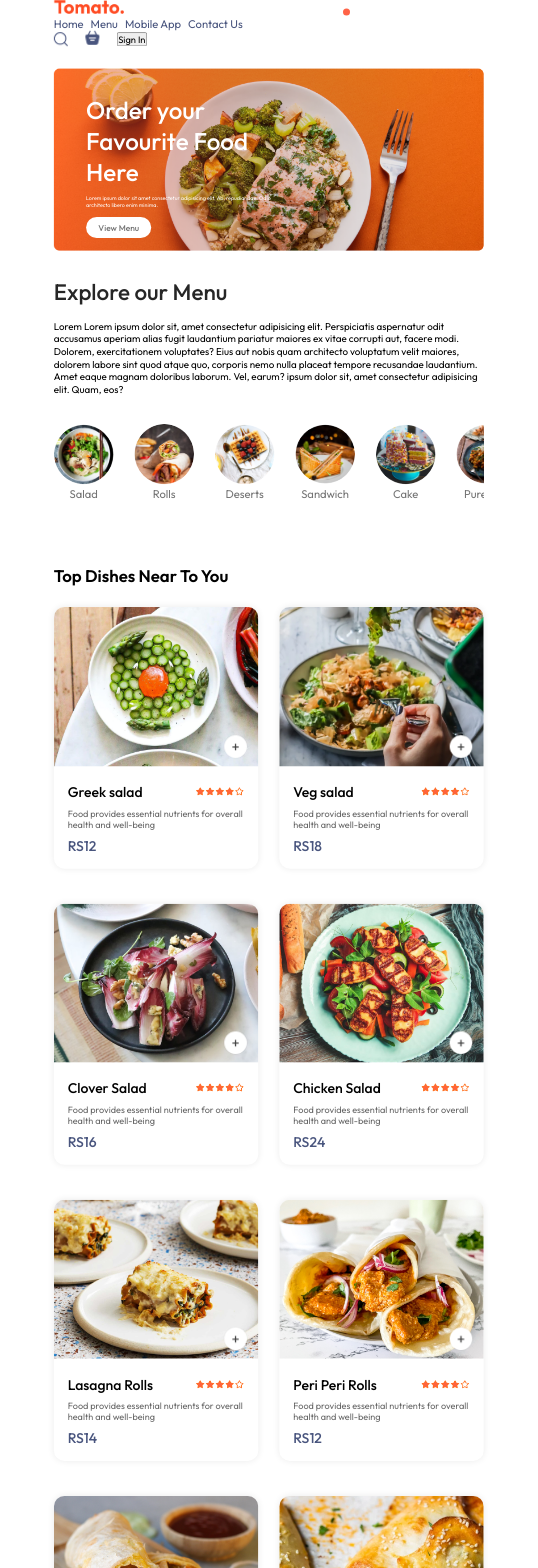
Repository: Attar786/Food-ordering-app
Page: / (app in frontend/)
These files come from the project's save history. The page is drawn as it stood at one moment and after the next save; the edit follows.
The browser window is 768 px wide. The pictures show the part of the page from y = 0 to 2240 px (the page is 8620 px tall before and 8626 px after), at 70% of full size.
The project was rebuilt for these pictures with package versions that can differ from the ones it lists, and the page was loaded fresh each time. Also part of the build but not shown: frontend/vite.config.js, frontend/src/pages/Cart/Cart.css, frontend/src/pages/Cart/Cart.jsx, frontend/src/pages/PlaceOrder/PlaceOrder.css, frontend/src/pages/PlaceOrder/PlaceOrder.jsx.

Above is the page before, as saved 2024-07-29 19:58:16.

### frontend/src/main.jsx
import ReactDOM from 'react-dom/client'
import App from './App.jsx'
import './index.css'
import {BrowserRouter} from 'react-router-dom'
import StoreContextProvider from './context/StoreContext.jsx'
ReactDOM.createRoot(document.getElementById('root')).render(
<BrowserRouter>

<StoreContextProvider>
<App />
</StoreContextProvider>

    </BrowserRouter>
)

### frontend/src/App.jsx
import './index.css'
import Navbar from "./components/Navbar/Navbar"
import Home from './pages/Home/Home'
import Cart from './pages/Cart/Cart'
import PlaceOrder from './pages/PlaceOrder/PlaceOrder'
import { Route, Routes } from 'react-router-dom'
import Footer from './components/Footer/Footer'


function App() {

  return (
    <>

  <div className='app'>
  <Navbar/>
<Routes>
<Route path='/' element={<Home/>}/>
<Route path='/cart' element={<Cart/>}/>
<Route path='/order' element={<PlaceOrder/>}/>

</Routes>
  </div>
  <Footer/>
    </>
  )
}

export default App

### frontend/src/index.css
@import url('https://fonts.googleapis.com/css2?family=Outfit:wght@100..900&display=swap');


*{
margin: 0;
padding: 0;
 box-sizing: border-box;
 font-family: outfit;
}
body{
height: 100vh;
}
a{
text-decoration: none;
color : inherit;
}
.app{
    width: 80%;
    margin: auto;
}
@keyframes fadeIn{
    0%{
        opacity: 0;
    }
    100%{
        opacity: 1;
    }
}

### frontend/src/context/StoreContext.jsx
import './StoreContext.css';
import { createContext, useEffect, useState } from 'react';
import { food_list } from '../assets/assets'; // Ensure this path is correct and food_list is correctly exported

export const StoreContext = createContext(null);

const StoreContextProvider = (props) => {
  const [cartItems, setCartItems] = useState({});

  const addToCart = (itemId) => {
    if (!cartItems[itemId]) {
      setCartItems((prev) => ({ ...prev, [itemId]: 1 }));
    } else {
      setCartItems((prev) => ({ ...prev, [itemId]: prev[itemId] + 1 }));
    }
  };

  const removeFromCart = (itemId) => {
    setCartItems((prev) => {
      const newCount = prev[itemId] - 1;
      if (newCount <= 0) {
        const { [itemId]: _, ...rest } = prev;
        return rest;
      } else {
        return { ...prev, [itemId]: newCount };
      }
    });
  };

  useEffect(() => {
    console.log(cartItems);
  }, [cartItems]);

  const contextValue = {
    food_list,
    cartItems,
    setCartItems,
    addToCart,
    removeFromCart,
  };

  return (
    <StoreContext.Provider value={contextValue}>
      {props.children}
    </StoreContext.Provider>
  );
};

export default StoreContextProvider;

### frontend/src/components/Navbar/Navbar.jsx
import { useState } from 'react';
import './Navbar.css';
import { assets } from '../../assets/assets';
import { Link } from 'react-router-dom'
const Navbar = () => {
  const [menu, setMenu] = useState("home");

  const handleMenuClick = (menuItem) => {
    setMenu(menuItem);
  };

  return (
    <div className="navbar">
      <img src={assets.logo} alt="Logo" className="logo" />
      <ul className="navbar-menu">
        <Link onClick={() => handleMenuClick("home")} className={menu === "home" ? "active" : ""}>Home</Link>
        <a href='#explore-menu' onClick={() => handleMenuClick("menu")} className={menu === "menu" ? "active" : ""}>Menu</a>
        <a href='#app-download' onClick={() => handleMenuClick("mobile-app")} className={menu === "mobile-app" ? "active" : ""}>Mobile App</a>
        <a href='#footer' onClick={() => handleMenuClick("contact-us")} className={menu === "contact-us" ? "active" : ""}>Contact Us</a>
      </ul>
      <div className="navbar-right">
        <img src={assets.search_icon} alt="search-icon" />
        <div>
          <img src={assets.basket_icon} alt="icons" />
          <div className="dot"></div>
        </div>
        <button>Sign In</button>
      </div>
    </div>
  );
}

export default Navbar;

### frontend/src/pages/Home/Home.jsx
import {useState} from 'react'
import Header from '../../components/Header/Header'
import ExploreMenu from '../../components/ExploreMenu/ExploreMenu'
import './Home.css'
import FoodDisplay from '../../components/FoodDisplay/FoodDisplay'
import AppDownload from '../../components/AppDownload/AppDownload'

const Home = () => {
    const [category , setCategory ] = useState('All')
  return (
    <>
<Header/>
<ExploreMenu category={category} setCategory={setCategory}/>
<FoodDisplay category={category} />
<AppDownload/>

</>
)
}

export default Home

### frontend/src/components/Footer/Footer.jsx
import "./Footer.css"
import { assets } from "../../assets/assets"
const Footer = () => {
  return (
    <div className="footer" id="footer">
<div className="footer-content">
    <div className="footer-content-left">
        <img src={assets.logo} alt="fsf" />
    <p>  Lorem ipsum dolor icta fugit magnam temporibus aperiam autem sit optio blanditiis similique distinctio minima quia commodi consequuntur. Lorem ipsum dolor sit consectetur adipisicing elit. Iste, ex.</p>
    <div className="footer-social-icons">
        <img src={assets.facebook_icon} alt="" />
        <img src={assets.twitter_icon} alt="" />
        <img src={assets.linkedin_icon} alt="" />
    </div>

    </div>
    <div className="footer-content-center">
    <h1>Company</h1>
        <ul>
        <li>Home</li>
        <li>AboutUs</li>
        <li>Delivery</li>
        <li>Privacy Policy</li>
        </ul>
    </div>
    <div className="footer-content-right">
        <h2>Get In Touch</h2>
        <ul>
            <li>
                +923333333333
            </li>
            <li>
                contact@gmail.com
            </li>
        </ul>
    </div>
</div>
<hr/>
<p className="footer-copyright">
copyright 2024 All right restricted
</p>

    </div>
  )
}

export default Footer

### frontend/src/components/Navbar/Navbar.css
.Navbar{
    padding: 20px 0;
    display: flex;
    justify-content: space-between;
    align-items: center;
}
.Navbar .logo{
    width: 150px;
}
.navbar-menu{
    display: flex;
    list-style: none;
    gap: 20px;
    font: 18px;
    color: #49557e;
    cursor: pointer;
}
.navbar-right{
    display: flex;
    align-items: center;
    gap: 25px;

}
.Navbar button{
    font-size: 15px;
    border: 1px solid #49557e;
    background: transparent;
    padding: 10px 25px;
    cursor: pointer;
    border-radius: 40px;
    transition: 0.3s;
}
.Navbar button:hover{
    background-color: #fff4f2;
}
.Navbar .navbar-menu .active{
    padding-bottom: 2px;
    border-bottom: 2px solid #49557e;

}
.search-icon{
    position: relative;
}
/* .search-icon .dot{ */
    /* position: absolute;
    top: -5px;
    right: -5px;
    width: 10px;
    height: 10px;
    background-color: blue;
    border-radius: 50%;
} */
.dot {
    position: absolute;
    top: 12px; /* Adjust as needed */
    right: 268px; /* Adjust as needed */
    width: 10px;
    height: 10px;
    background-color: tomato;
    border-radius: 50%;}
    @media (max-width: 1050px)
    {
        .Navbar .logo{
            width: 140px;
        }
        .Navbar-menu{
            gap: 20px;
            font-size: 17px;
        }
        .Nav-right {
            gap: 30px;
        };
        .Navbar-right img{
            width: 22px;
        }
        .Navbar-right button{
            padding: 8px 25px;
        };

    }

    @media (max-width: 900px)
    {
        .navbar .logo{
            width: 100px;
        }
        .navbar-menu{
            gap: 10px;
            font-size: 16px;
        }
        .Nav-right {
            gap: 20px;
        }
        .navbar-right img{
            width: 20px;
        }
        .Navbar-right button{
            padding: 7px 15px;
            font-size: 10px;
        }
    }

    @media (max-width: 750px)
    {

        .navbar-menu{
            display: none;;
        }
    }

### frontend/src/components/Header/Header.jsx
import "./Header.css";
const Header = () => {
  return (
    <div className="header">
      <div className="header-contents">
        <h2>Order your Favourite Food Here</h2>
        <p>
          Lorem ipsum dolor sit amet consectetur adipisicing elit. Ab,
          repudiandae. Odio architecto libero enim minima.
        </p>
        <button>View Menu</button>
      </div>
    </div>
  );
};

export default Header;

### frontend/src/components/ExploreMenu/ExploreMenu.jsx
import './ExploreMenu.css'
import { menu_list } from '../../assets/assets';
import PropTypes from 'prop-types'
const ExploreMenu = ({ category, setCategory }) => {
  return (
    <div className='explore-menu' id='explore-menu'>
      <h1 className='explore-menu-title'>Explore our Menu</h1>
      <p className='explore-menu-text'>Lorem Lorem ipsum dolor sit, amet consectetur adipisicing elit. Perspiciatis aspernatur odit accusamus aperiam alias fugit laudantium pariatur maiores ex vitae corrupti aut, facere modi. Dolorem, exercitationem voluptates? Eius aut nobis quam architecto voluptatum velit maiores, dolorem labore sint quod atque quo, corporis nemo nulla placeat tempore recusandae laudantium. Amet eaque magnam doloribus laborum. Vel, earum? ipsum dolor sit, amet consectetur adipisicing elit. Quam, eos?</p>
      <div className='explore-menu-list'>
        {menu_list.map((item, index) => {
          return (
            <div onClick={() => setCategory(prev => prev === item.menu_name ? "All" : item.menu_name)} key={index} className='explore-menu-list-item'>
              <img className={category === item.menu_name ? "active" : ""} src={item.menu_image} alt="" />
              <p>{item.menu_name}</p>
            </div>
          )
        })}
      </div>
      <hr />
    </div>
  )
}
    ExploreMenu.propTypes = {
    category: PropTypes.string.isRequired,
    setCategory: PropTypes.func.isRequired,
  };

export default ExploreMenu;

### frontend/src/components/FoodDisplay/FoodDisplay.jsx
import { useContext } from 'react';
import './FoodDisplay.css';
import { StoreContext } from '../../context/StoreContext';
import FoodItem from '../FoodItem/FoodItem';

const FoodDisplay = ({ category }) => {
  const { food_list = [] } = useContext(StoreContext); // Provide a default value

  if (!food_list.length) {
    return <div>Loading...</div>; // Handle loading state or error
  }

  return (
    <div className='food-display' id='food-display'>
      <h2>Top Dishes Near To You</h2>
      <div className='food-display-list'>
        {food_list
          .filter(item => category === "All" || category === item.category)
          .map((item, index) => (
            <FoodItem
              key={index}
              id={item._id}
              name={item.name}
              description={item.description}
              price={item.price}
              image={item.image}
            />
          ))}
      </div>
    </div>
  );
};

export default FoodDisplay;

### frontend/src/components/AppDownload/AppDownload.jsx
import { assets } from "../../assets/assets"
import "./AppDownload.css"
const AppDownload = () => {
  return (
    <div className="app-download" id="app-download">
      <p>Fore Better Experience<br />Download our app</p>
    <div className="app-download-platforms">
        <img src={assets.play_store} alt="" />
        <img src={assets.app_store} alt="" />
    </div>


    </div>
  )
}

export default AppDownload

### frontend/src/components/Footer/Footer.css
.footer {
    color: #d9d9d9;
    background-color: hsl(0, 0%, 20%);
    display: flex;
    flex-direction: column;
    align-items: center;
    gap: 20px;
    padding: 30px 8vw; /* Fixed padding syntax */
    padding-top: 40px;
    margin-top: 100px;
}

.footer-content {
    width: 100%;
    display: grid;
    grid-template-columns: 2fr 1fr 1fr;
    gap: 80px;
}

.footer-content-left, .footer-content-center, .footer-content-right {
    display: flex;
    flex-direction: column;
    align-items: start;
    gap: 20px;
}

.footer-content-left li, .footer-content-center li, .footer-content-right li {
    list-style: none;
    cursor: pointer;
}
.footer-content-center h2, .footer-content-right h2 {
    color: white;
}
.footer-social-icons img {
width: 40px;
margin: 15px;
}
.footer hr{
    width: 100%;
    height: 2px;
    margin: 20px 0;
    background-color : gray;
    border: none;
}
@media (max-width: 1050px) {
    .footer-content{
        display: flex;
        flex-direction:column;
        gap: 35px;
    }
    .footer-copyright{
        text-align: center;
}
}

### frontend/src/components/Header/Header.css
.header{
    height: 35vw;
    margin: 30px auto;
    background: url('/header_img.png') no-repeat;
    background-size: contain;
    position: relative;
}
.header-contents{
position: absolute;
display: flex;
flex-direction: column;
align-items: start;
gap: 1.5vw;
max-width: 50%;
bottom: 10%;
left: 6vw;
animation: fadeIn 3s;
}

.header-contents h2{
    font-weight: 500;
    color: white;
    font-size: max(4.5vw, 22px);
}
.header-contents p{
    color: white;
    font-size: 1vw;

}
.header-contents button{
    font-weight: 500;
    color: #747474;
    border: none;
    padding: 1vw 2.3vw;
    background-color: white;
    border-radius: 50px;
    font-size: max(1vw,12px);
}
@media (max-width:1050px) {

    .header-contents{
        max-width: 45%;
    }
}

@media (max-width:750px) {
    .header-contents{
        max-width: 65%;
    }
    .header-contents p{
display: none;    }
}

### frontend/src/components/ExploreMenu/ExploreMenu.css
.explore-menu{
    display: flex;
    flex-direction: column;
    gap: 20px;
}
.explore-menu h1{
    color: #262626;
    font-weight: 500;
}
.explore-menu-text{
    max-width: 60%;
    columns: #808080;
}
.explore-menu-list {
    display: flex;
    justify-content: space-between;
    align-items:center;
    gap: 30px;
    text-align: center;
    margin: 20px 0px;
    overflow: scroll;
}
.explore-menu-list::-webkit-scrollbar{
    display: none;
}
.explore-menu-list-item img{
    width: 7.5vw;
    min-width: 85px;
    cursor: pointer;
    border-radius: 50%;
    transition: 0.3s;
}

.explore-menu-list-item p{
    cursor: pointer;
    color: #747474;
    font-size: max(1.4vw, 16px)
}
.explore-menu hr{
    margin: 10px 0px;
    height: 2px;
    color: #e2e2e2;
    border: none;
}
.explore-menu-list-item .active{
    border:3px solid tomato;
    padding: 2px;
}

@media (max-width:1050px) {
    .explore-menu-text{
        max-width: 100%;
        font-size: 14px;
    }
}

### frontend/src/components/FoodDisplay/FoodDisplay.css
.food-display{
    margin-top: 30px;
}
.food-display h2{
    font-size: max(2vw, 24px);
    font-weight: 600;
}
.food-display-list{
    display: grid;
    grid-template-columns: repeat(auto-fill,minmax(240px,1fr));
    margin-top: 30px;
    gap: 30px;
    row-gap: 50px;
}

### frontend/src/components/FoodItem/FoodItem.jsx
import './FoodItem.css';
import { assets } from '../../assets/assets';
import { useContext } from 'react';
import { StoreContext } from '../../context/StoreContext';

const FoodItem = ({ id, name, price, description, image }) => {
  const { cartItems, addToCart, removeFromCart } = useContext(StoreContext);

  return (
    <div className='food-item'>
      <div className='food-item-img-container'>
        <img className='food-item-image' src={image} alt={name} />
        {
          !cartItems[id]
            ? <img className='add' onClick={() => addToCart(id)} src={assets.add_icon_white} alt="" />
            : <div className='food-item-counter'>
                <img onClick={() => removeFromCart(id)} src={assets.remove_icon_red} alt="" />
                <p>{cartItems[id]}</p>
                <img onClick={() => addToCart(id)} src={assets.add_icon_green} alt="" />
              </div>
        }
      </div>
      <div className='food-item-info'>
        <div className='food-item-name-rating'>
          <p>{name}</p>
          <img src={assets.rating_starts} alt="Rating" />
        </div>
        <p className='food-item-description'>
          {description}
        </p>
        <p className='food-item-price'>RS{price}</p>
      </div>
    </div>
  );
};

export default FoodItem;

### frontend/src/components/AppDownload/AppDownload.css
.app-download{
    margin: auto auto;
    margin-top: 100px;
    font-size: max(3vw, 15px);
    text-align: center;
    font-weight: 500;
}
.app-download-platforms
{
display: flex;
justify-content: center;
gap: max(2vw, 10px);
margin-top: 40px;

}
.app-download-platforms img{
    cursor: pointer;
    width: 150px;
}
.app-download-platforms img:hover{
   transform: scale(1.05);
   transition: 2s ease-in-out;
}

### frontend/src/components/FoodItem/FoodItem.css
.food-item{
    width: 100%;
    border-radius: 15px;
    box-shadow: 0px 0px 10px #00000015;
    transition: 0.3s;
    animation: fadeIn 1s;
}
.food-item-image{
    width: 100%;
    border-radius : 15px 15px 0px 0px;
}

.food-item-info{
    padding: 20px;
}
.food-item-name-rating{
    display: flex;
    justify-content: space-between;
    align-items: center;
    margin-bottom: 10px;
}
.food-item-name-rating p{
    font-size: 20px;
    font-weight: 500;

}
.food-item-name-rating img {
    width: 70px;

}
.food-item-description{
    color: #676767;
    font-size: 13px;
}
.food-item-price{
    margin-top: 10px;
    color: #49557e;
    font-size: 20px;
    font-weight: 500;
}
.food-item-img-container{
    position: relative;
}

.food-item-img-container .add{
    width: 35px;
    position:absolute;
    bottom: 15px;
    right: 15px;
    cursor: pointer;
    border-radius: 50%;
}
.food-item-counter{
    position: absolute;
    bottom: 15px;
    right: 15px;
    background-color: white;
    display: flex;
    align-items: center;
    gap: 10px;
    cursor: pointer;
    padding: 6px;
    border-radius:50px;

}
.food-item-counter img{
    width: 30px;
}

Loaded but not shown: frontend/index.html (common file); frontend/src/assets/assets.js (350 lines, source omitted); frontend/src/context/StoreContext.css (no stored copy; drawn as an empty file); frontend/src/pages/Home/Home.css (no stored copy; drawn as an empty file)

After the next save:
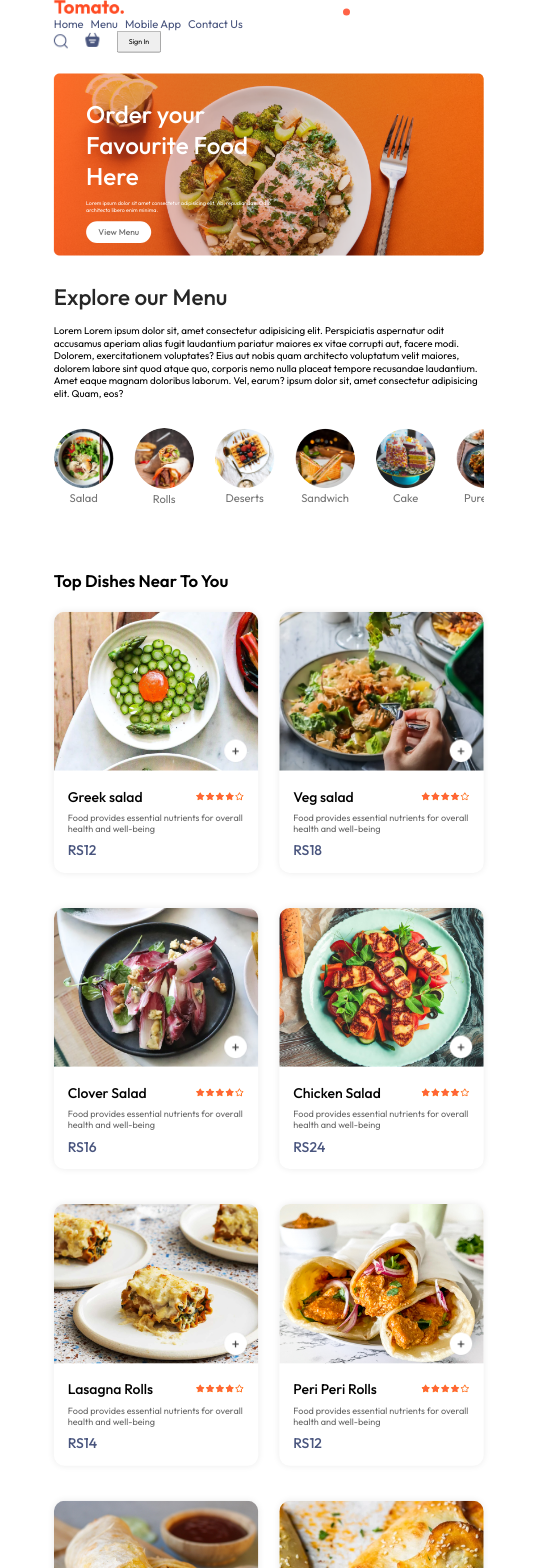
Saved 4 s later.
--- a/frontend/src/components/Navbar/Navbar.css
+++ b/frontend/src/components/Navbar/Navbar.css
@@ -94,7 +94,7 @@
         .navbar-right img{
             width: 20px;
         }
-        .Navbar-right button{
+        .navbar-right button{
             padding: 7px 15px;
             font-size: 10px;
         }
